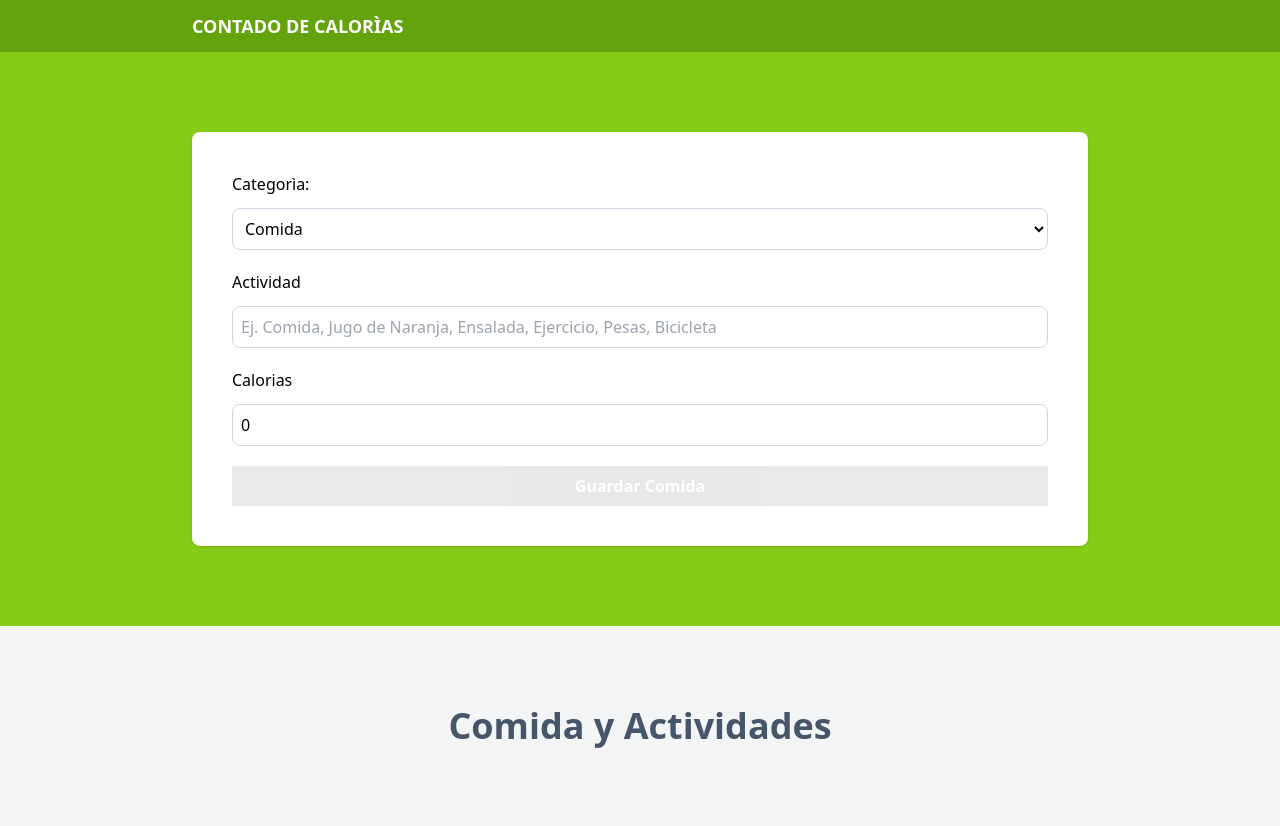
Repository: Matiiu/calorie-tracker
Page: /
An editor plug-in stored every save of this project. The page is shown before and after the next save, followed by the edit.
The browser window is 1280 px wide. The pictures show the whole page.
The project was rebuilt for these pictures with package versions that can differ from the ones it lists, and the page was loaded fresh each time. Also part of the build but not shown: vite.config.ts.

Above is the page before, as saved 2024-04-01 16:22:42.

### index.html
<!doctype html>
<html lang="en">
  <head>
    <meta charset="UTF-8" />
    <link rel="icon" type="image/svg+xml" href="/vite.svg" />
    <meta name="viewport" content="width=device-width, initial-scale=1.0" />
    <title>Contador de Calorías - React</title>
  </head>
  <body>
    <div id="root"></div>
    <script type="module" src="/src/main.tsx"></script>
  </body>
</html>

### src/App.tsx
import { useReducer } from "react";

import Header from "./components/Header";
import Form from "./components/Form";
import ActivityList from "./components/ActivityList";

import { activityReducer, initialState } from "./reducers/activityReducer";
export default function App() {
  const [state, dispatch] = useReducer(activityReducer, initialState);
  console.log({state})
  console.log(state.activities)


  return (
    <>
      <Header />

      <section className="bg-lime-500 py-20 px-5">
        <div className="max-w-4xl mx-auto">
          <Form
            dispatch={dispatch}
          />
        </div>
      </section>

      <section className="p-10 bg-gray-100">
        <div className="mx-auto max-w-4xl text-center p-10">
          <ActivityList activities={state.activities} />
        </div>
      </section>
    </>
  );
}

### src/components/Header.tsx
export default function Header() {
  return (
    <header className="bg-lime-600 py-3">
      <div className="max-w-4xl mx-auto flex justify-between">
        <h1 className="text-center text-lg font-bold text-white uppercase">
          Contado de Calorìas
        </h1>
      </div>
    </header>
  );
}

### src/components/Form.tsx
import { useState, ChangeEvent, FormEvent, Dispatch } from "react";
import { v4 as uuid } from "uuid";

import { categories } from "../data/categories";
import type { Activity } from "../types";
import { ActivityActions } from "../reducers/activityReducer";

type FormProps = {
  dispatch: Dispatch<ActivityActions>;
};

export default function Form({ dispatch }: FormProps) {
  const initialState: Activity = {
    id: uuid(),
    category: 1,
    activityName: "",
    calories: 0,
  };

  // Convertimos las calorías en un objeto donde el id en la llave y el nombre el valor
  const categoriesObject = categories.reduce(
    (accumulator: Record<number, string>, current) => {
      accumulator[current.id] = current.name;
      return accumulator;
    },
    {}
  );

  const [activity, setActivity] = useState<Activity>({ ...initialState });

  const handleChange = (
    e: ChangeEvent<HTMLInputElement | HTMLSelectElement>
  ) => {
    // Validamos si es un campo numérico
    const isNumberFiled = ["category", "calories"].includes(e.target.id);
    // Si lo es convertimos el dato a numérico
    setActivity({
      ...activity,
      [e.target.id]: isNumberFiled ? +e.target.value : e.target.value,
    });
  };

  const isValidateActivity = () => {
    const { activityName, calories } = activity;
    // Validamos que el campo actividad y calorías estén diligenciados
    return !!(activityName || "").trim() && calories > 0;
  };



  const nameSubmit = () => {
    // Accedemos a la posición llave de nuestro objeto categoriesObject con el valor de activity.category y retornamos el valor
    return `Guardar ${categoriesObject[activity.category]}`;
  };

  const handleSubmit = (e: FormEvent<HTMLFormElement>) => {
    e.preventDefault();
    dispatch({
      type: "save-activity",
      payload: { newActivity: activity },
    });
    // Limpiar el formulario una vez enviado
    setActivity({ ...initialState });
  };

  return (
    <form
      onSubmit={handleSubmit}
      className="space-y-5 bg-white shadow p-10 rounded-lg"
    >
      <div className="grid grid-cols-1 gap-3">
        <label htmlFor="category">Categorìa:</label>
        <select
          name="category"
          id="category"
          className="border border-slate-300 p-2 rounded-lg w-full bg-white"
          value={activity.category}
          onChange={handleChange}
        >
          {categories.map((category) => (
            <option key={category.id} value={category.id}>
              {category.name}
            </option>
          ))}
        </select>
      </div>

      <div className="grid grid-cols-1 gap-3">
        <label htmlFor="activityName">Actividad</label>
        <input
          id="activityName"
          name="activityName"
          type="text"
          className="border border-slate-300 p-2 rounded-lg"
          placeholder="Ej. Comida, Jugo de Naranja, Ensalada, Ejercicio, Pesas, Bicicleta"
          value={activity.activityName}
          onChange={handleChange}
        />
      </div>

      <div className="grid grid-cols-1 gap-3">
        <label htmlFor="calories">Calorias</label>
        <input
          id="calories"
          name="calories"
          type="number"
          className="border border-slate-300 p-2 rounded-lg"
          placeholder="Ej. 300 o 500"
          min={0}
          value={activity.calories}
          onChange={handleChange}
        />
      </div>

      <input
        type="submit"
        className="bg-gray-800 hover:bg-gray-900 w-full p-2 font-bold text-white cursor-pointer disabled:opacity-10 disabled:cursor-auto"
        value={nameSubmit()}
        disabled={!isValidateActivity()}
      />
    </form>
  );
}

### src/components/ActivityList.tsx
import { Activity } from "../types";
import { categories } from "../data/categories";

type ActivityListprops = {
  activities: Activity[];
};

export default function ActivityList({ activities }: ActivityListprops) {
  // Convertimos las calorías en un objeto donde el id en la llave y el nombre el valor
  const categoriesObject = categories.reduce(
    (accumulator: Record<number, string>, current) => {
      accumulator[current.id] = current.name;
      return accumulator;
    },
    {}
  );

  const categoryName = (activityId: number) => {
    // Accedemos a la posición llave de nuestro objeto categoriesObject con el valor de activity.category y retornamos el valor
    return categoriesObject[activityId];
  };

  return (
    <>
      <h2 className="text-4xl font-bold text-slate-600 text-cente">
        Comida y Actividades
      </h2>

      {activities.map((activity) => (
        <div
          key={activity.id}
          className="px-5 py-10 bg-white mt-5 flex justify-between"
        >
          <div className="space-y-2 relative">
            <p
              className={`absolute -top-8 -left-8 px-10 py-2 text-white uppercase font-bold ${
                activity.category === 1 ? "bg-lime-500" : "bg-orange-500"
              }`}
            >
              {categoryName(activity.category)}
            </p>
            <p className="text-2xl font-bold pt-5">{activity.activityName}</p>
            <p className="font-black text-4xl text-lime-500">
              {" "}
              {activity.calories}
            </p>
          </div>

          <div></div>
        </div>
      ))}
    </>
  );
}

### src/reducers/activityReducer.ts
import type { Activity } from "../types";

export type ActivityActions = {
  type: "save-activity";
  payload: {
    newActivity: Activity;
  };
};

type ActivityState = {
  activities: Activity[];
};

export const initialState: ActivityState = {
  activities: [],
};

export function activityReducer(
  state: ActivityState = initialState,
  action: ActivityActions,
) {
  if (action.type === "save-activity") {
    console.log(action.payload.newActivity);

    return {
        ...state,
        activities: [...state.activities, action.payload.newActivity],
      };
  }
  return state;
}

### src/data/categories.ts
import { Category } from "../types";

export const categories: Category[] = [
  { id: 1, name: "Comida" },
  { id: 2, name: "Ejercicio" },
];

Loaded but not shown: src/main.tsx (common file); src/index.css (common file); tailwind.config.js (common file)

After the next save:
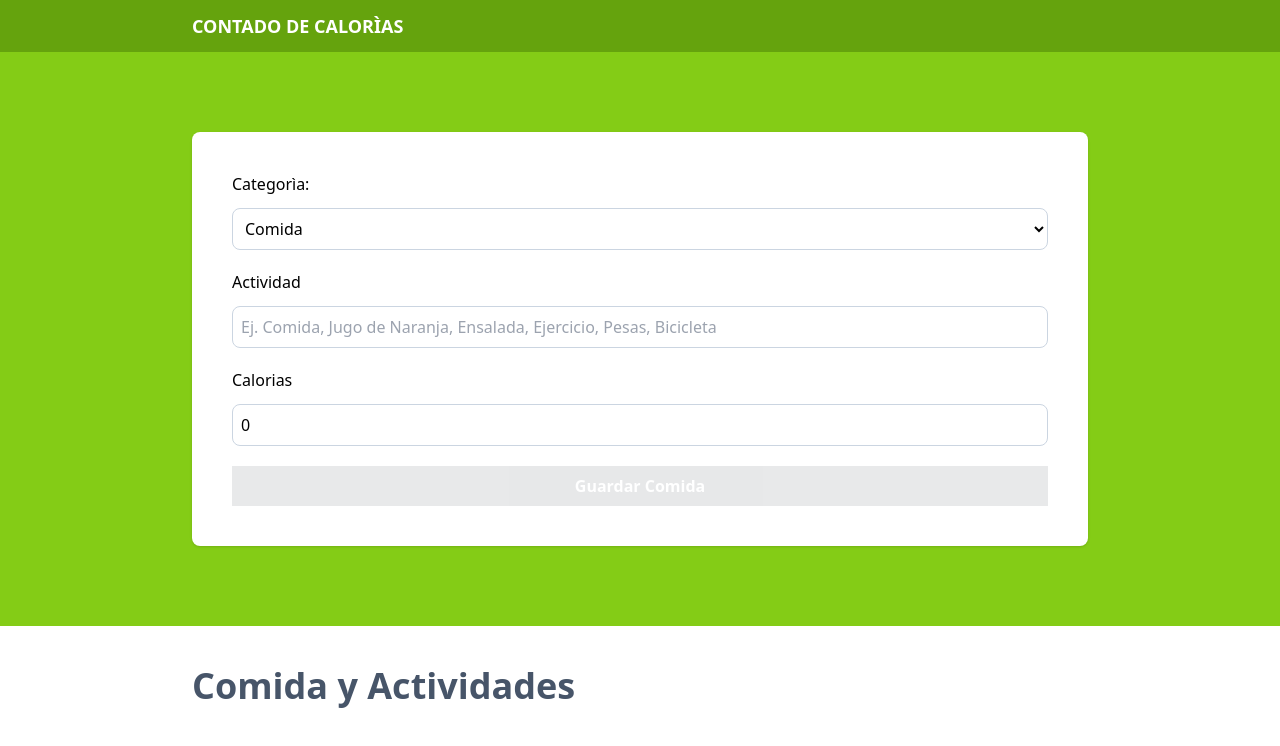
Saved 2 min 42 s later.
--- a/src/App.tsx
+++ b/src/App.tsx
@@ -23,10 +23,8 @@ export default function App() {
         </div>
       </section>
 
-      <section className="p-10 bg-gray-100">
-        <div className="mx-auto max-w-4xl text-center p-10">
+      <section className="py-10 mx-auto max-w-4xl">
           <ActivityList activities={state.activities} />
-        </div>
       </section>
     </>
   );
